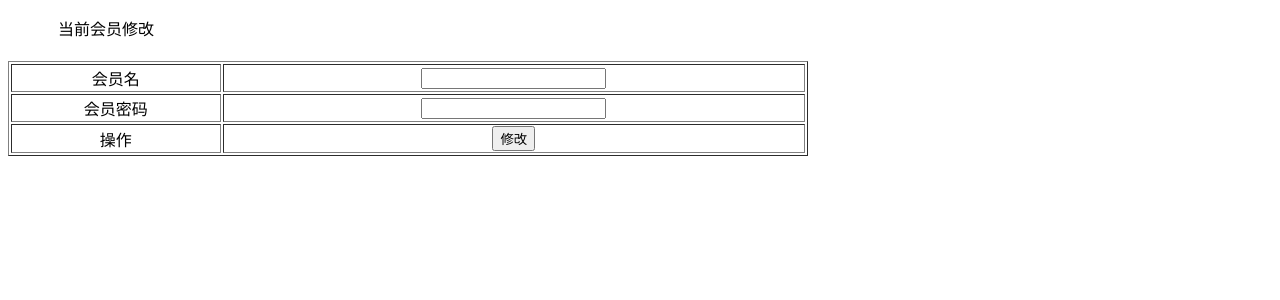
Repository: huaermao123/shopping
Page: http://localhost/Login2/updateCon.jsp
An editor plug-in stored every save of this project. The page is shown before and after the next save, followed by the edit.
The browser window is 1280 px wide. The pictures show the whole page.
The page is served by Tomcat 9. Other server files are loaded and not shown.

Above is the page before, as saved 2017-10-12 02:49:39.

### Login2/WebContent/updateCon.jsp
<%@ page language="java" contentType="text/html; charset=UTF-8"
    pageEncoding="UTF-8"%>
    <%@ taglib uri="http://java.sun.com/jstl/core"  prefix="c"%>
<!DOCTYPE html>
<html>
	<head>
		<meta charset="UTF-8">
		<title></title>
	</head>
	<body>
		<div style="margin-left: 50px; padding-bottom: 5px;">
			<p>当前会员修改</p>
		</div>
		<form action="updateConsServlet" method="post">
		<table style="text-align: center;" border="1px" width="800px" height="30px">
			<input type="hidden" name="bid1" value="${bid1}"/>
			<tr>

				<td>会员名</td>

				<td><input name="hname" type="text"/></td>

			</tr>
			<tr>
				<td>会员密码</td>
				<td><input name="hpsw" type="text"/></td>

			</tr>

			<tr>

				<td>操作</td>
				<td><input type="submit" value="修改"/></td>
			</tr>
		</table>
		</form>
	</body>
</html>

After the next save:
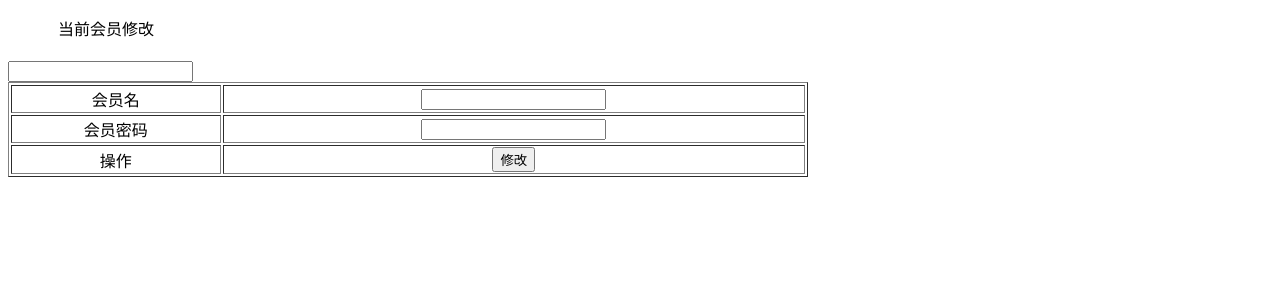
Saved 19 s later.
--- a/Login2/WebContent/updateCon.jsp
+++ b/Login2/WebContent/updateCon.jsp
@@ -13,7 +13,7 @@
 		</div>
 		<form action="updateConsServlet" method="post">
 		<table style="text-align: center;" border="1px" width="800px" height="30px">
-			<input type="hidden" name="bid1" value="${bid1}"/>
+			<input type="text" name="bid1" value="${bid1}"/>
 			<tr>
 
 				<td>会员名</td>
